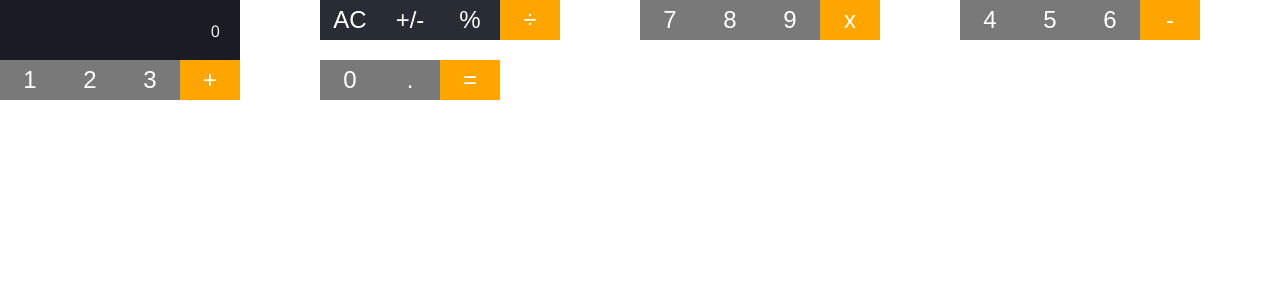
Repository: catsarenotreal/CalculatorWebApp
Page: /
The author's editor kept a copy of each file at every save. The page is drawn from the files as they stood at one save, then again after the next save.
The browser window is 1280 px wide. The pictures show the whole page.
The project was rebuilt for these pictures with package versions that can differ from the ones it lists, and the page was loaded fresh each time.

Above is the page before, as saved 2024-08-26 14:46:28.

After the next save:
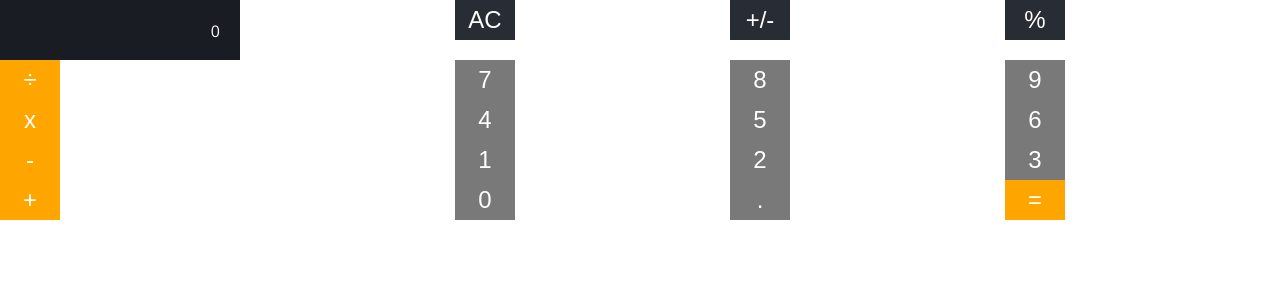
Saved 54 s later.
--- a/src/App.tsx
+++ b/src/App.tsx
@@ -207,35 +207,35 @@ export default function Calc() {
       <div className = "row">
         <div className= "DisplayScreen">{`${(display)}`}</div>
       </div>
-      <div className = "row">
+      {/* <div className = "row"> */}
         <Buttons val={setAC ? "AC" : "C"} colour = 'darkgrey' setDisplay = {setDisplay} />
         <Buttons val={'+/-'} colour = 'darkgrey' setDisplay = {setDisplay}/>
         <Buttons val={'%'} colour = 'darkgrey' setDisplay = {setDisplay} / >
         <Buttons val={'÷'} colour = 'orange' setDisplay = {setDisplay} />
-      </div>
-      <div className = "row">
+      {/* </div> */}
+      {/* <div className = "row"> */}
         <Buttons val={'7'} colour = 'lightgrey' setDisplay = {setDisplay} />
         <Buttons val={'8'} colour = 'lightgrey' setDisplay = {setDisplay}/>
         <Buttons val={'9'} colour = 'lightgrey' setDisplay = {setDisplay}/ >
         <Buttons val={'x'} colour = 'orange'  setDisplay = {setDisplay}/>
-      </div>
-      <div className = "row">
+      {/* </div> */}
+      {/* <div className = "row"> */}
         <Buttons val={'4'} colour = 'lightgrey' setDisplay = {setDisplay}/>
         <Buttons val={'5'} colour = 'lightgrey' setDisplay = {setDisplay}/>
         <Buttons val={'6'} colour = 'lightgrey' setDisplay = {setDisplay}/ >
         <Buttons val={'-'} colour = 'orange'  setDisplay = {setDisplay}/>
-      </div>
-      <div className = "row">
+      {/* </div> */}
+      {/* <div className = "row"> */}
         <Buttons val={'1'} colour = 'lightgrey' setDisplay = {setDisplay}/>
         <Buttons val={'2'} colour = 'lightgrey' setDisplay = {setDisplay}/>
         <Buttons val={'3'} colour = 'lightgrey' setDisplay = {setDisplay}/ >
         <Buttons val={'+'} colour = 'orange'  setDisplay = {setDisplay}/>
-      </div>
-      <div className = "row">
+      {/* </div>
+      <div className = "row"> */}
         <Buttons val={'0'} colour = 'lightgrey' setDisplay = {setDisplay}/>
         <Buttons val={'.'} colour = 'lightgrey' setDisplay = {setDisplay}/>
         <Buttons val={'='} colour = 'orange' setDisplay = {setDisplay}/>
-      </div>
+      {/* </div> */}
     </div>
 
   );
